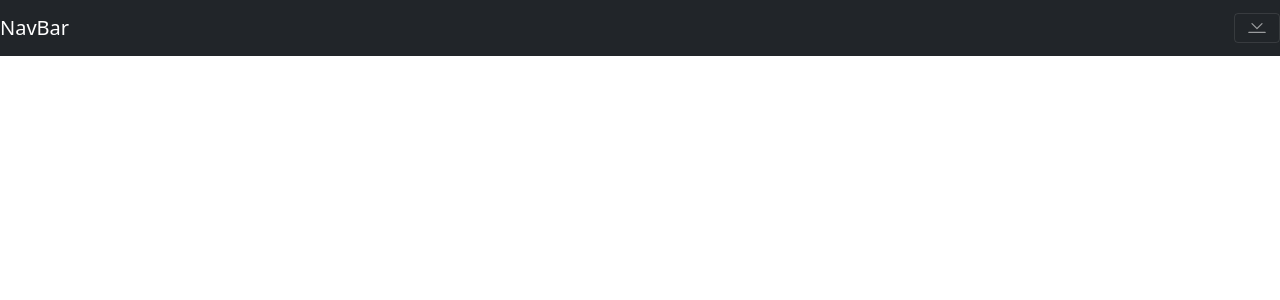
Repository: huynhnt1406/mySocialApp
Page: /create (app in client/post-application/)
The author's editor kept a copy of each file at every save. The page is drawn from the files as they stood at one save, then again after the next save.
The browser window is 1280 px wide. The pictures show the whole page.
The project was rebuilt for these pictures with package versions that can differ from the ones it lists, and the page was loaded fresh each time.

Above is the page before, as saved 2021-05-24 23:28:11.

### client/post-application/src/main.js
import Vue from 'vue'
import App from './App.vue'
import 'bootstrap/dist/css/bootstrap.css'
import 'bootstrap-vue/dist/bootstrap-vue.css'
import { BootstrapVue, IconsPlugin } from 'bootstrap-vue'
Vue.use(BootstrapVue)
// Optionally install the BootstrapVue icon components plugin
Vue.use(IconsPlugin)
Vue.config.productionTip = false

new Vue({
  render: h => h(App),
}).$mount('#app')

### client/post-application/src/App.vue
<template>
  <div id="app">
    <Header/>
  </div>
</template>

<script>
import Header from './core/Header'
export default {
  name: 'App',
  components:{
    Header
  }
}
</script>

<style>
</style>

### client/post-application/src/core/Header.vue
<template>
  <b-navbar toggleable type="dark" variant="dark">
    <b-navbar-brand href="#">NavBar</b-navbar-brand>

    <b-navbar-toggle target="navbar-toggle-collapse">
      <template #default="{ expanded }">
        <b-icon v-if="expanded" icon="chevron-bar-up"></b-icon>
        <b-icon v-else icon="chevron-bar-down"></b-icon>
      </template>
    </b-navbar-toggle>

    <b-collapse id="navbar-toggle-collapse" is-nav>
      <b-navbar-nav class="ml-auto">
        <b-nav-item href="#">Create Post</b-nav-item>
        <b-nav-item href="#">All Posts</b-nav-item>
      </b-navbar-nav>
    </b-collapse>
  </b-navbar>
</template>

<script>
export default {

}
</script>

<style>

</style>

Loaded but not shown: client/post-application/public/index.html (common file)

After the next save:
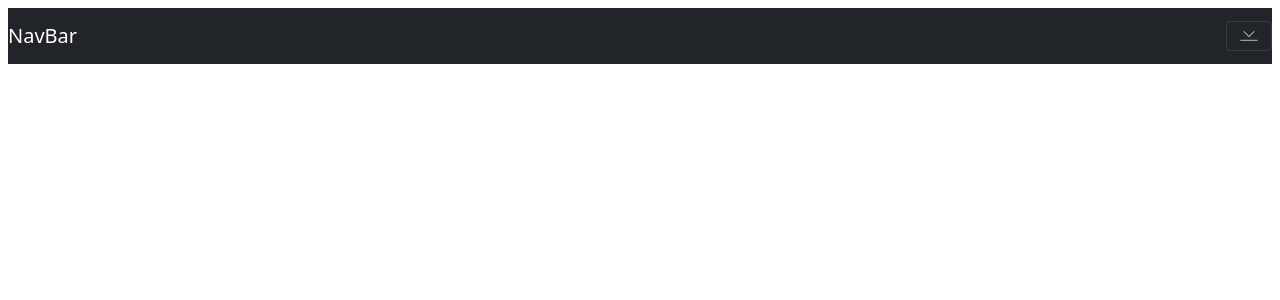
Saved 29 s later.
--- a/client/post-application/src/core/Header.vue
+++ b/client/post-application/src/core/Header.vue
@@ -1,5 +1,5 @@
 <template>
-  <b-navbar toggleable type="dark" variant="dark">
+  <b-navbar class="m-2" toggleable type="dark" variant="dark">
     <b-navbar-brand href="#">NavBar</b-navbar-brand>
 
     <b-navbar-toggle target="navbar-toggle-collapse">

After the save that followed:
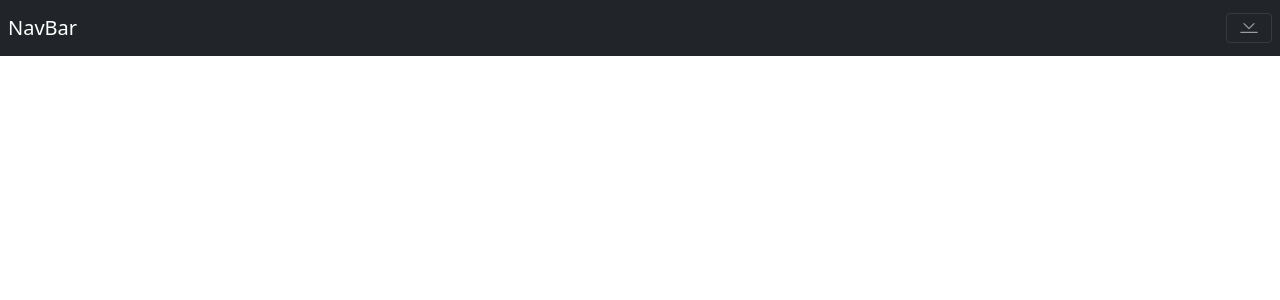
Saved 5 s later.
--- a/client/post-application/src/core/Header.vue
+++ b/client/post-application/src/core/Header.vue
@@ -1,5 +1,5 @@
 <template>
-  <b-navbar class="m-2" toggleable type="dark" variant="dark">
+  <b-navbar class="p-2" toggleable type="dark" variant="dark">
     <b-navbar-brand href="#">NavBar</b-navbar-brand>
 
     <b-navbar-toggle target="navbar-toggle-collapse">
